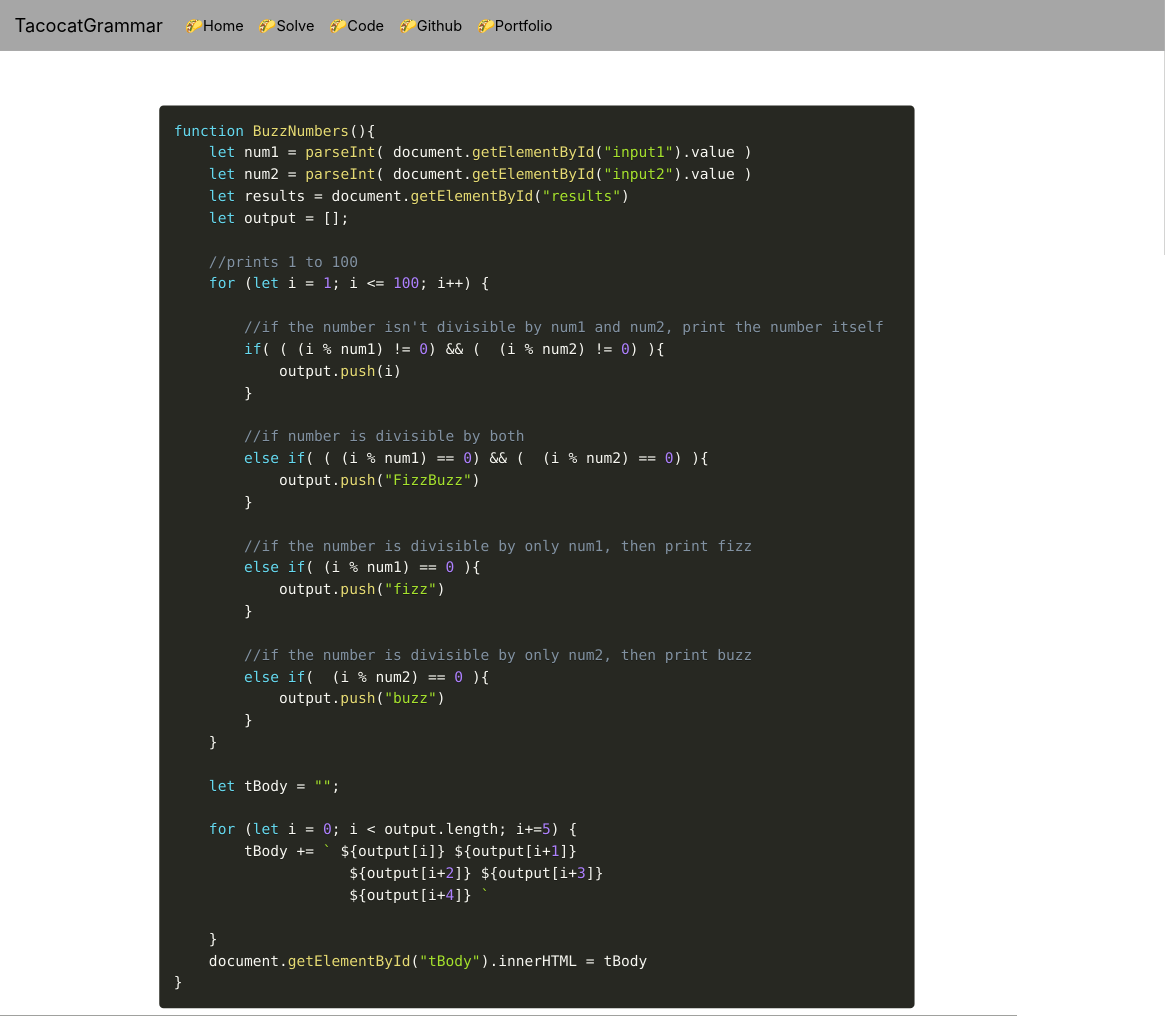
Repository: zhadjah9559/TacocatGrammar
Page: code.html
These files come from the project's save history. The page is drawn as it stood at one moment and after the next save; the edit follows.
The browser window is 1280 px wide. The pictures show the whole page, at 91% of full size.

Above is the page before, as saved 2021-01-30 00:13:02.
Console error: TypeError: Cannot read properties of null (reading 'addEventListener')

### code.html
<!doctype html>
<html lang="en">
  <head>
    <title>Code</title>
    <!-- Required meta tags -->
    <meta charset="utf-8">
    <meta name="viewport" content="width=device-width, initial-scale=1, shrink-to-fit=no">

    <!-- Bootstrap CSS -->
    <link rel="stylesheet" href="https://stackpath.bootstrapcdn.com/bootstrap/4.3.1/css/bootstrap.min.css" integrity="sha384-ggOyR0iXCbMQv3Xipma34MD+dH/1fQ784/j6cY/iJTQUOhcWr7x9JvoRxT2MZw1T" crossorigin="anonymous">
    <link rel="stylesheet" href="css/custom.css">
    <link rel="stylesheet" href="css/prism.css">
  </head>
  <body>

    <nav class="navbar navbar-expand-sm navbar-dark" style="background-color:  #A6A6A6">
        <a class="navbar-brand" href="index.html">TacocatGrammar</a>
        <button class="navbar-toggler d-lg-none" type="button" data-toggle="collapse" data-target="#collapsibleNavId" aria-controls="collapsibleNavId"
            aria-expanded="false" aria-label="Toggle navigation"></button>
        <div class="collapse navbar-collapse" id="collapsibleNavId">
            <ul class="navbar-nav mr-auto mt-2 mt-lg-0">
                <li class="nav-item">
                    <a class="nav-link" href="index.html">🌮Home </a>
                </li>
                <li class="nav-item">
                    <a class="nav-link" href="solve.html">🌮Solve </a>
                </li>
                <li class="nav-item active">
                    <a class="nav-link" href="code.html">🌮Code <span class="sr-only">(current)</span></a>
                </li>
                <li class="nav-item">
                    <a class="nav-link" target="_blank" href="https://github.com/zhadjah9559/SunsetHills">🌮Github</a>
                </li>
                <li class="nav-item">
                    <a class="nav-link" target="_blank" href="https://www.zacharyhadjah.netlify.app">🌮Portfolio</a>
                </li>
            </ul>
        </div>
    </nav>


    <div class="container">
        <div class="row">
            <div class="col">

                <pre class="line-numbers"><code class="language-javascript">
    function BuzzNumbers(){
        let num1 = parseInt( document.getElementById("input1").value )
        let num2 = parseInt( document.getElementById("input2").value )
        let results = document.getElementById("results")
        let output = [];

        //prints 1 to 100
        for (let i = 1; i <= 100; i++) {

            //if the number isn't divisible by num1 and num2, print the number itself
            if( ( (i % num1) != 0) && (  (i % num2) != 0) ){
                output.push(i)
            }

            //if number is divisible by both
            else if( ( (i % num1) == 0) && (  (i % num2) == 0) ){
                output.push("FizzBuzz")
            }

            //if the number is divisible by only num1, then print fizz
            else if( (i % num1) == 0 ){
                output.push("fizz")
            }

            //if the number is divisible by only num2, then print buzz
            else if(  (i % num2) == 0 ){
                output.push("buzz")
            }
        }

        let tBody = "";

        for (let i = 0; i < output.length; i+=5) {
            tBody += `<tr> <td>${output[i]}</td> <td>${output[i+1]}</td>
                        <td>${output[i+2]}</td> <td>${output[i+3]}</td>
                        <td>${output[i+4]}</td> </tr>`

        }
        document.getElementById("tBody").innerHTML = tBody
    }
            </code></pre>

            </div>
        </div>
    </div>







    <!-- Optional JavaScript -->
    <!-- jQuery first, then Popper.js, then Bootstrap JS -->
    <script src="https://code.jquery.com/jquery-3.3.1.slim.min.js" integrity="sha384-q8i/X+965DzO0rT7abK41JStQIAqVgRVzpbzo5smXKp4YfRvH+8abtTE1Pi6jizo" crossorigin="anonymous"></script>
    <script src="https://cdnjs.cloudflare.com/ajax/libs/popper.js/1.14.7/umd/popper.min.js" integrity="sha384-UO2eT0CpHqdSJQ6hJty5KVphtPhzWj9WO1clHTMGa3JDZwrnQq4sF86dIHNDz0W1" crossorigin="anonymous"></script>
    <script src="https://stackpath.bootstrapcdn.com/bootstrap/4.3.1/js/bootstrap.min.js" integrity="sha384-JjSmVgyd0p3pXB1rRibZUAYoIIy6OrQ6VrjIEaFf/nJGzIxFDsf4x0xIM+B07jRM" crossorigin="anonymous"></script>
    <script src="js/prism.js"></script>
    <script src="js/custom.js"></script>


  </body>
</html>

### css/custom.css
.navbar-dark .navbar-nav .active>.nav-link{
    color:black;
}
.navbar-dark .navbar-nav .nav-link{
    color:black;
}
.navbar .navbar-brand{
    color:black;
}

.navbar-dark .navbar-nav .nav-link{
    color:black;
}

.container {
    width: 860px;
    height: 540px;
    position: absolute;
    top: 40%;
    left: 50%;
    margin-top: -180px;
    margin-left: -480px;
}

#badges{
    margin-left: 18px;
}

::selection{
    background-color:  #A6A6A6
  }

### css/prism.css
/* PrismJS 1.23.0
https://prismjs.com/download.html#themes=prism-okaidia&languages=markup+css+clike+javascript&plugins=normalize-whitespace */
/**
 * okaidia theme for JavaScript, CSS and HTML
 * Loosely based on Monokai textmate theme by http://www.monokai.nl/
 * @author ocodia
 */

code[class*="language-"],
pre[class*="language-"] {
	color: #f8f8f2;
	background: none;
	text-shadow: 0 1px rgba(0, 0, 0, 0.3);
	font-family: Consolas, Monaco, 'Andale Mono', 'Ubuntu Mono', monospace;
	font-size: 1em;
	text-align: left;
	white-space: pre;
	word-spacing: normal;
	word-break: normal;
	word-wrap: normal;
	line-height: 1.5;

	-moz-tab-size: 4;
	-o-tab-size: 4;
	tab-size: 4;

	-webkit-hyphens: none;
	-moz-hyphens: none;
	-ms-hyphens: none;
	hyphens: none;
}

/* Code blocks */
pre[class*="language-"] {
	padding: 1em;
	margin: .5em 0;
	overflow: auto;
	border-radius: 0.3em;
}

:not(pre) > code[class*="language-"],
pre[class*="language-"] {
	background: #272822;
}

/* Inline code */
:not(pre) > code[class*="language-"] {
	padding: .1em;
	border-radius: .3em;
	white-space: normal;
}

.token.comment,
.token.prolog,
.token.doctype,
.token.cdata {
	color: #8292a2;
}

.token.punctuation {
	color: #f8f8f2;
}

.token.namespace {
	opacity: .7;
}

.token.property,
.token.tag,
.token.constant,
.token.symbol,
.token.deleted {
	color: #f92672;
}

.token.boolean,
.token.number {
	color: #ae81ff;
}

.token.selector,
.token.attr-name,
.token.string,
.token.char,
.token.builtin,
.token.inserted {
	color: #a6e22e;
}

.token.operator,
.token.entity,
.token.url,
.language-css .token.string,
.style .token.string,
.token.variable {
	color: #f8f8f2;
}

.token.atrule,
.token.attr-value,
.token.function,
.token.class-name {
	color: #e6db74;
}

.token.keyword {
	color: #66d9ef;
}

.token.regex,
.token.important {
	color: #fd971f;
}

.token.important,
.token.bold {
	font-weight: bold;
}
.token.italic {
	font-style: italic;
}

.token.entity {
	cursor: help;
}

### js/custom.js
document.getElementById("userInputBtn").addEventListener("click", ()=>{
    //userInput = {"input"}
    let userInput = document.getElementById("userInput").value

    //cast to lowercase so there are no discrepancies
    let lowerCaseInput = userInput.toLowerCase()

    //convert string to an array  { "i", "n", "p", "u", "t" }
    let arrayElements = lowerCaseInput.split('')

    //reverse array  =  { "t", "u", "p", "n", "i"}
    let reverseArray = arrayElements.reverse()

    //reversestring  =  {"tupni"}
    let reversedString = reverseArray.join('')

    if(lowerCaseInput == reversedString){
        document.getElementById("output").innerHTML = `🌮 ${userInput} is a palindrome!!😻`
    }else{
        document.getElementById("output").innerHTML = `❌ ${userInput} is NOT a palindrome😿`
    }
    userInput.value = ""
    lowerCaseInput = ""
})

function clear(){
    document.getElementById("userInput").innerText = ""
}

Loaded but not shown: js/prism.js (library)

After the next save:
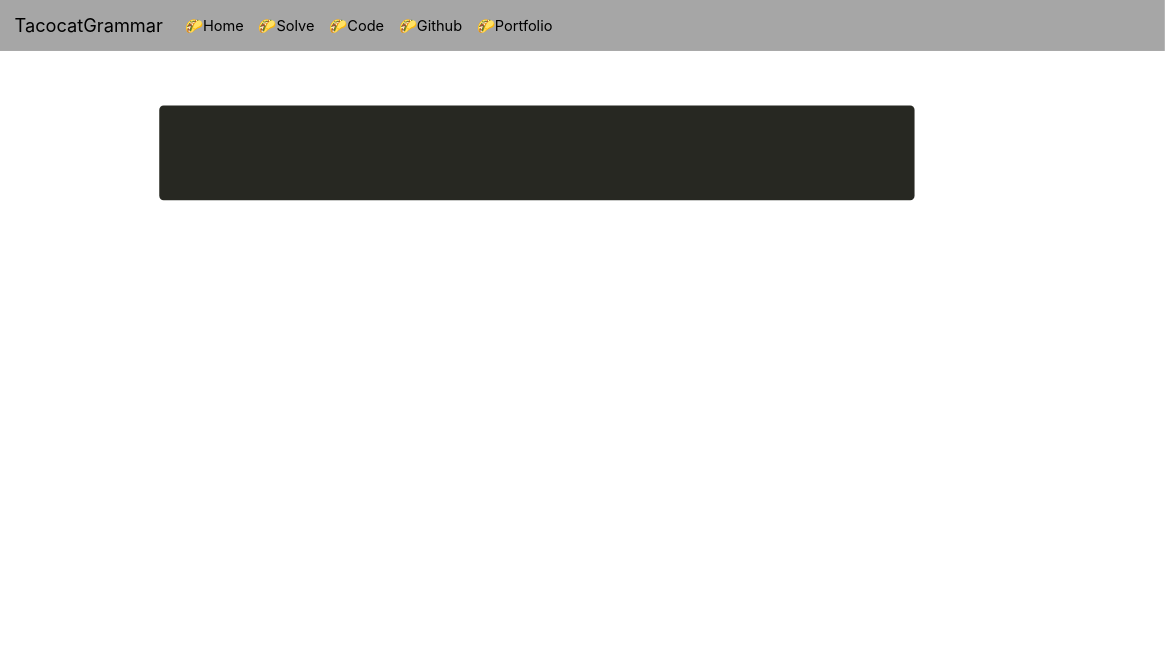
Saved 10 s later.
--- a/code.html
+++ b/code.html
@@ -44,46 +44,7 @@
             <div class="col">
 
                 <pre class="line-numbers"><code class="language-javascript">
-    function BuzzNumbers(){
-        let num1 = parseInt( document.getElementById("input1").value )
-        let num2 = parseInt( document.getElementById("input2").value )
-        let results = document.getElementById("results")
-        let output = [];
 
-        //prints 1 to 100
-        for (let i = 1; i <= 100; i++) {
-
-            //if the number isn't divisible by num1 and num2, print the number itself
-            if( ( (i % num1) != 0) && (  (i % num2) != 0) ){
-                output.push(i)
-            }
-
-            //if number is divisible by both
-            else if( ( (i % num1) == 0) && (  (i % num2) == 0) ){
-                output.push("FizzBuzz")
-            }
-
-            //if the number is divisible by only num1, then print fizz
-            else if( (i % num1) == 0 ){
-                output.push("fizz")
-            }
-
-            //if the number is divisible by only num2, then print buzz
-            else if(  (i % num2) == 0 ){
-                output.push("buzz")
-            }
-        }
-
-        let tBody = "";
-
-        for (let i = 0; i < output.length; i+=5) {
-            tBody += `<tr> <td>${output[i]}</td> <td>${output[i+1]}</td>
-                        <td>${output[i+2]}</td> <td>${output[i+3]}</td>
-                        <td>${output[i+4]}</td> </tr>`
-
-        }
-        document.getElementById("tBody").innerHTML = tBody
-    }
             </code></pre>
 
             </div>
